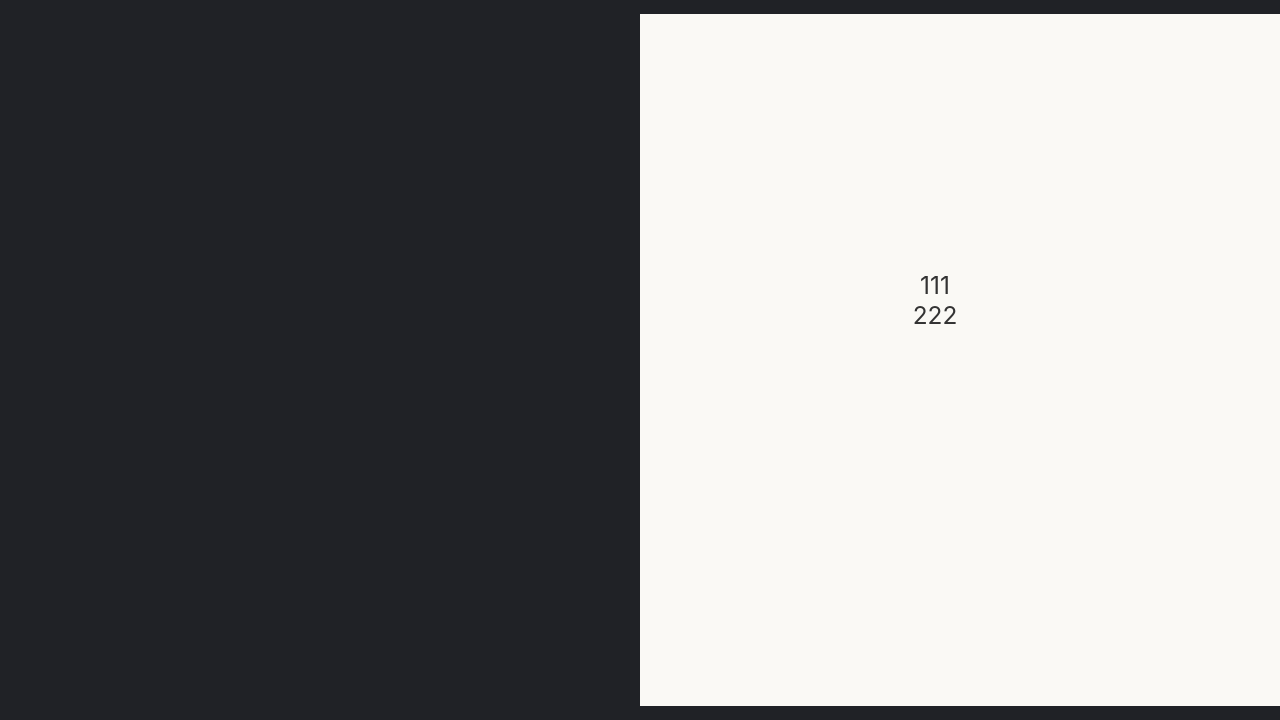
Repository: GuinsooRocky/-Technology-sharing-rocky
Page: /catalog
An editor plug-in stored every save of this project. The page is shown before and after the next save, followed by the edit.
The browser window is 1280 px wide. The pictures show the whole page.
The project was rebuilt for these pictures with package versions that can differ from the ones it lists, and the page was loaded fresh each time. Also part of the build but not shown: src/pages/Home/home.less, src/component/Fault/fault.less, src/component/Fault/faultMad.tsx, src/pages/Home/home.tsx.

Above is the page before, as saved 2020-09-20 10:51:04.

After the next save:
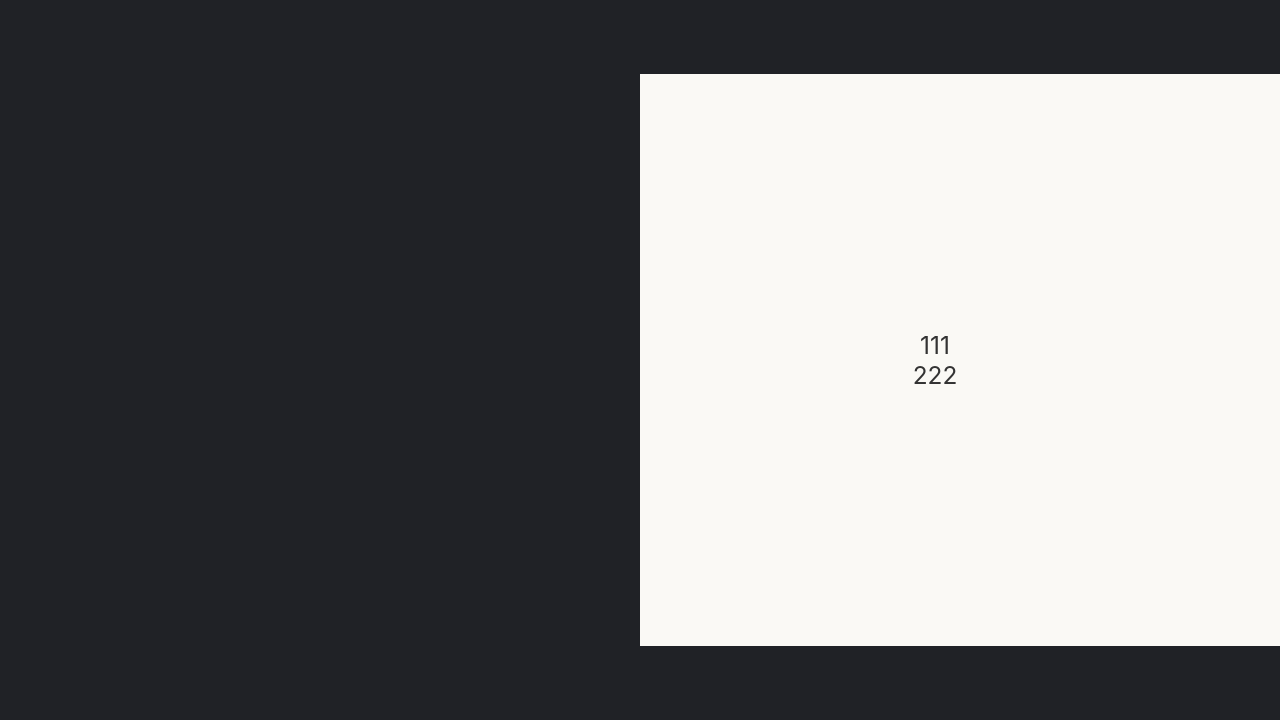
Saved 22 s later.
--- a/src/pages/Catalog/catalog.less
+++ b/src/pages/Catalog/catalog.less
@@ -12,7 +12,7 @@
 
 .catalog {
   width: 100%;
-  height: 96vh;
+  height: auto;
   .left {
     float: left;
     background-color: #202226;
